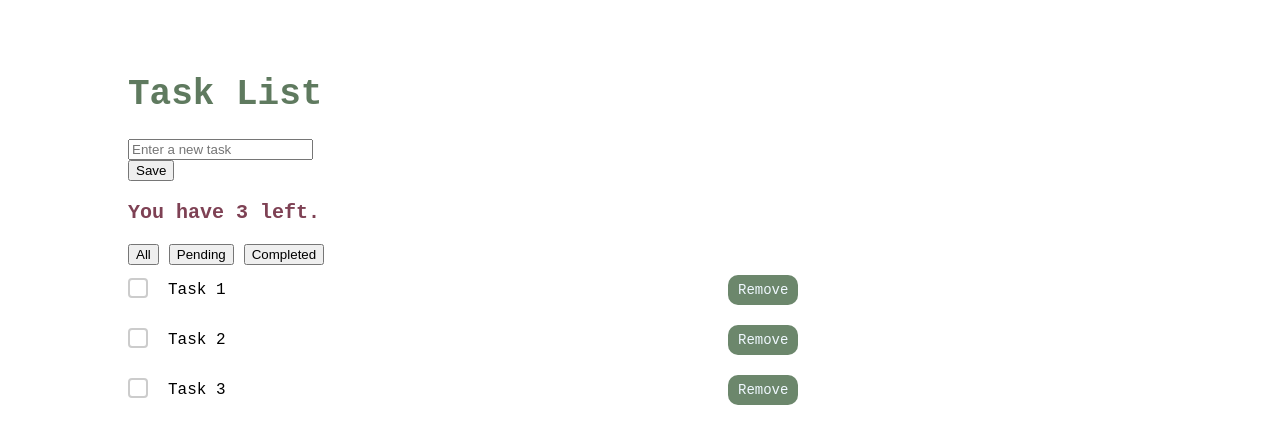
Repository: SandyLy453/task-list
Page: /
An editor plug-in stored every save of this project. The page is shown before and after the next save, followed by the edit.
The browser window is 1280 px wide. The pictures show the whole page.
The project was rebuilt for these pictures with package versions that can differ from the ones it lists, and the page was loaded fresh each time. Also part of the build but not shown: vite.config.js.

Above is the page before, as saved 2024-10-25 18:24:04.

### src/App.jsx
import { useState } from 'react';
import Task from './components/Task';
import TaskForm from './components/TaskForm';

function App() {
  const [tasks, setTasks] = useState([
    { name: 'Task 1', checked: false },
    { name: 'Task 2', checked: false },
    { name: 'Task 3', checked: false }
  ]);
  const [filter, setFilter] = useState('all');

  // Function to calculate the number of unchecked tasks
  const getUncheckedCount = () => {
    return tasks.filter((task) => !task.checked).length;
  };

  // Function to add a new task
  const addTask = (taskName) => {
    setTasks([...tasks, { name: taskName, checked: false }]); // New tasks are unchecked by default
  };

  // Function to remove a task
  const removeTask = (taskName) => {
    setTasks(tasks.filter((task) => task.name !== taskName));
  };

  // Function to toggle the task status
  const toggleTaskStatus = (taskName) => {
    const updatedTasks = tasks.map((task) =>
      task.name === taskName ? { ...task, checked: !task.checked } : task
    );
    setTasks(updatedTasks); // Update the task's checked status in the parent state
  };

  const filteredTasks = tasks.filter((task) => {
    if (filter === 'completed') return task.checked;
    if (filter === 'pending') return !task.checked;
    return true; // 'all' filter
  });

  return (
    <>
      <div className="container">
        <h1 className="title">Task List</h1>
        <TaskForm addTask={addTask} />
        <p className="note">You have {getUncheckedCount()} left.</p>
        <div className="filter">
          <button
            onClick={() => setFilter('all')}
            className="filter-btn"
          >
            All
          </button>
          <button
            onClick={() => setFilter('pending')}
            className="filter-btn"
          >
            Pending
          </button>
          <button
            onClick={() => setFilter('completed')}
            className="filter-btn"
          >
            Completed
          </button>
        </div>
        <div>
          {filteredTasks.map((task) => (
            <Task
              key={task.name}
              name={task.name}
              checked={task.checked}
              toggleTaskStatus={toggleTaskStatus}
              removeTask={removeTask}
            />
          ))}
        </div>
      </div>
    </>
  );
}

export default App;

### src/index.css
.container {
  padding: 20px;
  margin: 30px 100px;
}

.title {
  font-family: monospace;
  font-size: 36px;
  color: rgb(95, 122, 95);
  font-weight: 900;
}

.note {
  font-family: monospace;
  font-size: 20px;
  color: rgb(126, 65, 84);
  font-weight: 600;
}

.inputBox {
  padding: 10px 0 10px 0;
}

.input {
  height: 20px;
  width: 400px;
  padding: 10px;
  font-size: 16px;
  font-family: monospace;
  margin: 20px 20px 20px 0;
  border-radius: 10px;
  border: 1px solid gray;
}

.filter {
  display: flex;
  flex-direction: row;
  gap: 10px;
}

.sm-btn{
  height: 40px;
  padding: 10px;
  font-size: 16px;
  font-family: monospace;
  background-color: rgb(108, 135, 108);
  color: aliceblue;
  border: none;
  border-radius: 10px;
}

.sm-btn:hover {
  background-color: rgb(84, 103, 84);
}

.task {
  display: flex;
  flex-direction: row;
  align-items: center;
  gap: 20px;
}

.checkBox {
  width: 20px;
  height: 20px;
  appearance: none;
  background-color: white;
  border: 2px solid #ccc;
  border-radius: 4px;
  cursor: pointer;
  position: relative;
  margin: 6px 0;
}

.checkBox:checked {
  background-color: rgb(108, 135, 108);
}

.checkBox:checked::after {
  content: "";
  display: block;
  width: 4px;
  height: 10px;
  border: solid white;
  border-width: 0 2px 2px 0;
  transform: rotate(45deg);
  position: absolute;
  top: 0px;
  left: 5px;
}

.content {
  width: 540px;
  display: flex;
  word-wrap: normal;
  font-family: monospace;
  font-size: 16px;
}

.task-delete {
  height: 30px;
  padding: 10px;
  align-items: center;
  align-self: center;
  display: flex;
  justify-content: center;
  font-size: 14px;
  font-family: monospace;
  background-color: rgb(108, 135, 108);
  color: aliceblue;
  border: none;
  border-radius: 10px;
}

.task-delete:hover {
  background-color: rgb(84, 103, 84);
}

### src/components/Task.jsx
import { useEffect } from "react";

export default function Task({ name, checked, removeTask, toggleTaskStatus }) {
  useEffect(() => {}, [checked]);

  return (
    <>
      <div className="task">
        <label>
          <input
            type="checkbox"
            className="checkBox"
            checked={checked}
            disabled={checked} // Disable if task is completed
            onChange={() => toggleTaskStatus(name)}
          />
        </label>
        <p
          className="content"
          style={{ textDecoration: checked ? "line-through" : "none" }}
        >
          {name}
        </p>
        <button className="task-delete" onClick={() => removeTask(name)}>
          Remove
        </button>
      </div>
    </>
  );
}

### src/components/TaskForm.jsx
import { useState } from "react";

// const taskTemplate = {
//     name: 'new task'
// };

export default function TaskForm({addTask}) {
    const [taskName, setTaskName] = useState('');

    // form submission
    const handleSubmit = (e) => {
        e.preventDefault(); // the form submission will be handled by JavaScript instead of triggering a page refresh
        if (taskName.trim()) { // checks if the taskName (the text the user entered) is not an empty string after trimming whitespace
            addTask( taskName );
            setTaskName(''); // clear the input field
        }
    }

    return (
        <>
            <form onSubmit={handleSubmit}>
                <div className="formContainer">
                    <input
                        id="task-name"
                        type="text"
                        value={taskName}
                        onChange={(e) => setTaskName(e.target.value)}
                        placeholder="Enter a new task"
                    />
                    <div className="btn-group">
                        <button type="submit" className="btn-save">Save</button>
                    </div>
                </div>
            </form>
        </>
    )
}

Loaded but not shown: index.html (common file); src/main.jsx (common file)

After the next save:
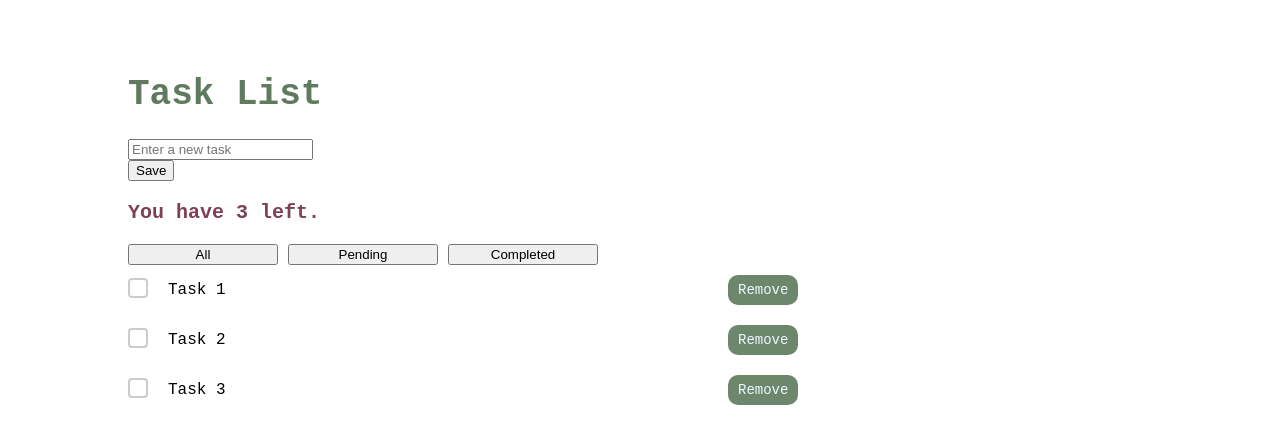
Saved 16 s later.
--- a/src/index.css
+++ b/src/index.css
@@ -36,6 +36,10 @@
   display: flex;
   flex-direction: row;
   gap: 10px;
+}
+
+.filter-btn {
+  width: 150px;
 }
 
 .sm-btn{
